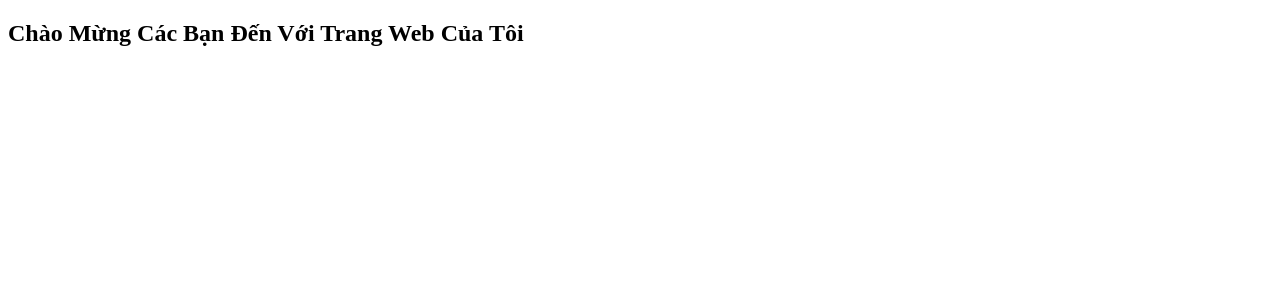
Repository: manhhieu120499/ovan
Page: index.html
An editor plug-in stored every save of this project. The page is shown before and after a run of saves, followed by the edit.
The browser window is 1280 px wide. The pictures show the whole page.

Above is the page before, as saved 2022-03-31 21:47:35.

After the next 2 saves:
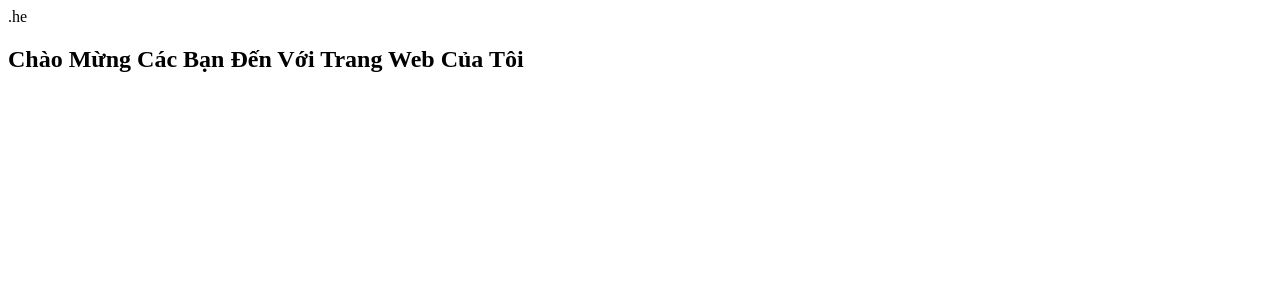
The 2 saves are shown as one change because they came seconds apart.
The last was saved 8 s later.
--- a/index.html
+++ b/index.html
@@ -7,6 +7,7 @@
     <title>octianvs</title>
 </head>
 <body>
+    .he
     <h2>Chào Mừng Các Bạn Đến Với Trang Web Của Tôi</h2>
 
 </body>

After the 3 saves that followed:
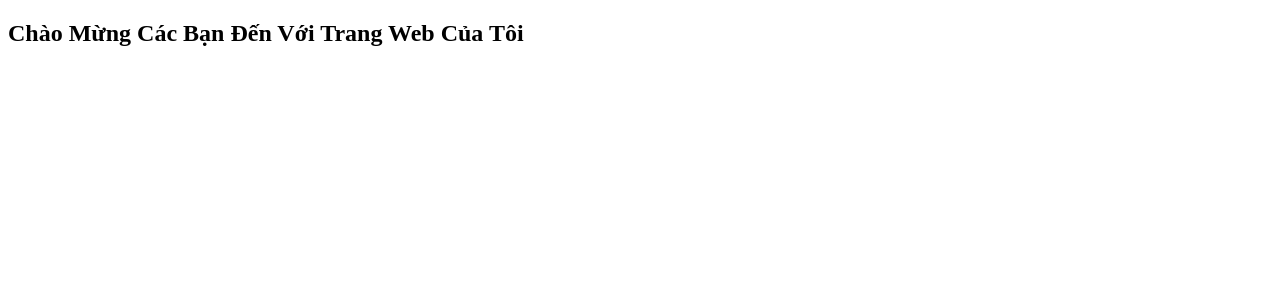
The 3 saves are shown as one change because they came seconds apart.
The last was saved 8 s later.
--- a/index.html
+++ b/index.html
@@ -7,8 +7,10 @@
     <title>octianvs</title>
 </head>
 <body>
-    .he
-    <h2>Chào Mừng Các Bạn Đến Với Trang Web Của Tôi</h2>
+    <div class="header">
+
+        <h2>Chào Mừng Các Bạn Đến Với Trang Web Của Tôi</h2>
+    </div>
 
 </body>
 </html>
